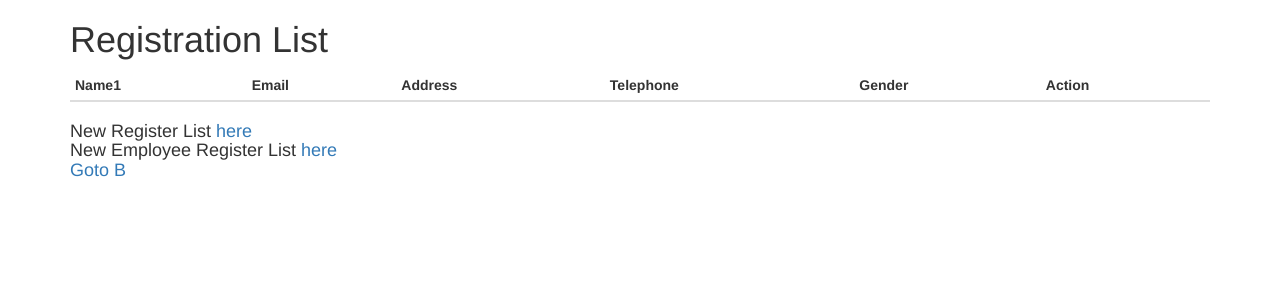
Repository: SACHINnANYAKKARA/2nd_Year_final_Project
Page: http://localhost/SpringMVCHibernateCRUD/WEB-INF/pages/Patient.jsp
These files come from the project's save history. The page is drawn as it stood at one moment and after the next save; the edit follows.
The browser window is 1280 px wide. The pictures show the whole page.
The page is served by Tomcat 9. Nobody is signed in. Other server files are loaded and not shown. The template is opened directly, without the code that normally fills it, so the values that code supplies are empty.

Above is the page before, as saved 2018-03-28 10:28:17.

### SpringMVCHibernateCRUD/src/main/webapp/WEB-INF/pages/Patient.jsp
<%@ page language="java" contentType="text/html; charset=ISO-8859-1"
    pageEncoding="ISO-8859-1"%>
<!DOCTYPE HTML PUBLIC "-//W3C//DTD HTML 4.01 Transitional//EN"
   "http://www.w3.org/TR/html4/loose.dtd">
<%@ taglib uri="http://java.sun.com/jsp/jstl/core" prefix="c" %>

<html>
<head>
<meta http-equiv="Content-Type" content="text/html; charset=UTF-8">
<meta charset="utf-8">
  <meta name="viewport" content="width=device-width, initial-scale=1">
  <link rel="stylesheet" href="https://maxcdn.bootstrapcdn.com/bootstrap/3.3.7/css/bootstrap.min.css">
  <script src="https://ajax.googleapis.com/ajax/libs/jquery/3.3.1/jquery.min.js"></script>
  <script src="https://maxcdn.bootstrapcdn.com/bootstrap/3.3.7/js/bootstrap.min.js"></script>
<title>Employee Management Screen</title>
</head>
<body>
	<div class="container">
		<h1>Registration List</h1>

		 <table class="table table-condensed">
    <thead>
          <tr>
			<th>Name1</th>
			<th>Email</th>
			<th>Address</th>
			<th>Telephone</th>
			<th>Gender</th>
			<th>Action</th>
           </tr>
          </thead>

           <tbody>
			<c:forEach var="stock" items="${listStock}">
				<tr>

					<td>${stock.full_name}</td>
					<td>${stock.email}</td>
					<td>${stock.address}</td>
					<td>${stock.telephone}</td>
					<td>${stock.gender}</td>
					<td><a href="editStock?ids=${stock.ids}">Edit</a>
						&nbsp;&nbsp;&nbsp;&nbsp;&nbsp; <a
						href="deleteStock?ids=${stock.ids}">Delete</a></td>

				</tr>
			</c:forEach>
             </tbody>
		</table>
		<h4>
			New Register List <a href="newStock">here</a>
			</br>
			New Employee Register List <a href="newStock">here</a>
		    </br>
		    <a href="Patient.jsp">Goto B</a>


		</h4>
	</div>
</body>
</html>

After the next save:
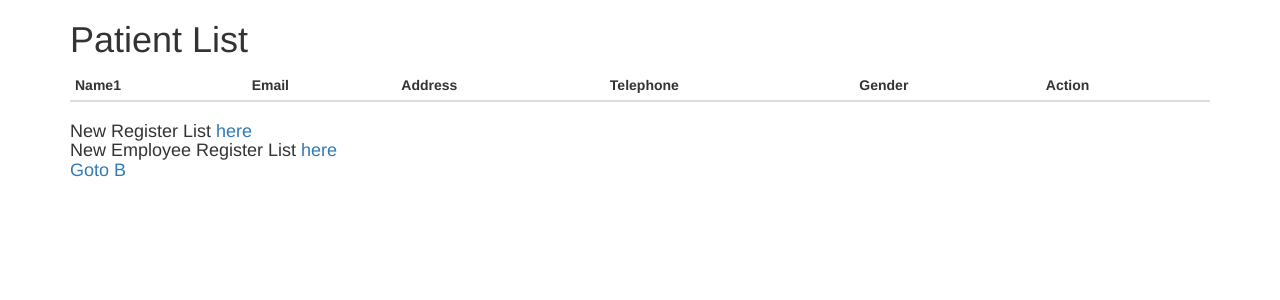
Saved 2 min 27 s later.
--- a/SpringMVCHibernateCRUD/src/main/webapp/WEB-INF/pages/Patient.jsp
+++ b/SpringMVCHibernateCRUD/src/main/webapp/WEB-INF/pages/Patient.jsp
@@ -16,7 +16,7 @@
 </head>
 <body>
 	<div class="container">
-		<h1>Registration List</h1>
+		<h1>Patient List</h1>
 
 		 <table class="table table-condensed">
     <thead>
